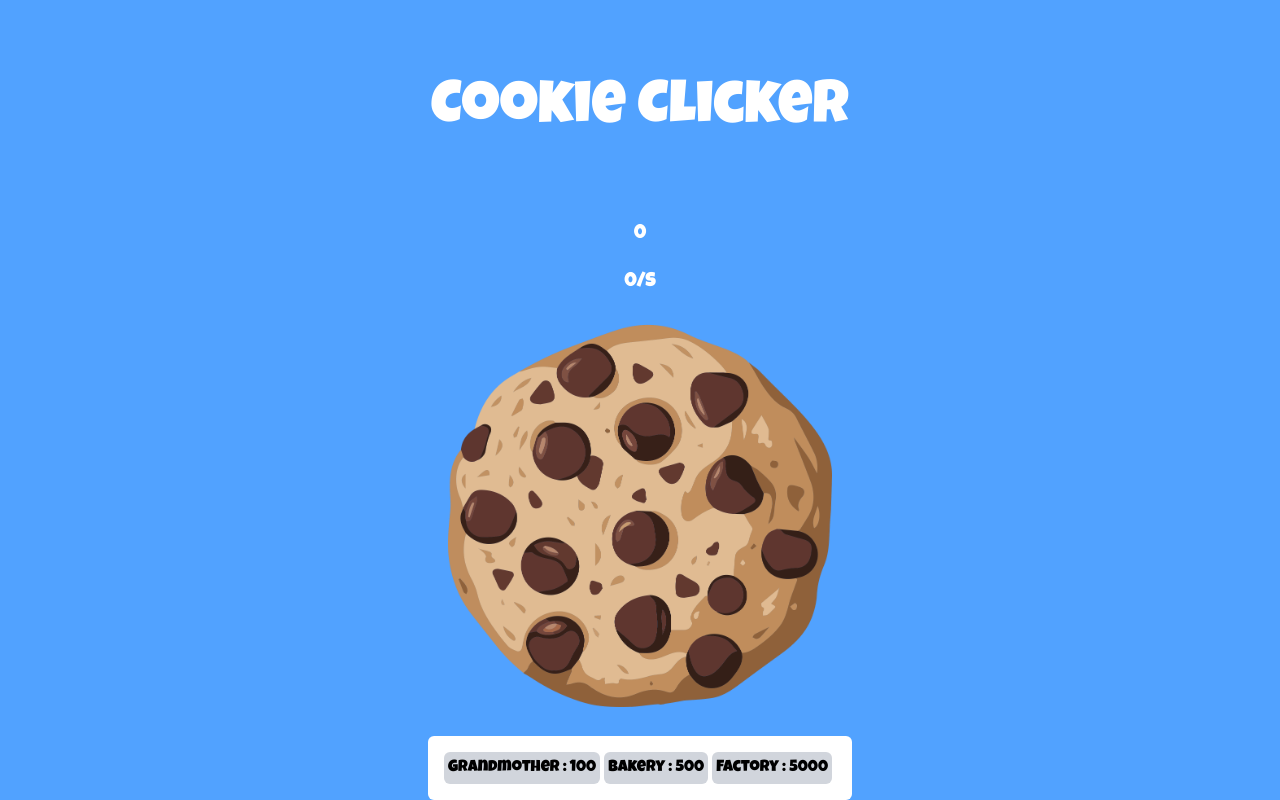
Repository: Cozmoss/cookie_clicker
Page: /
These files come from the project's save history. The page is drawn as it stood at one moment and after the next save; the edit follows.
The browser window is 1280 px wide. The pictures show the whole page.
The project was rebuilt for these pictures with package versions that can differ from the ones it lists, and the page was loaded fresh each time. Also part of the build but not shown: vite.config.js, src/App.css.

Above is the page before, as saved 2026-04-24 15:46:24.

### index.html
<!doctype html>
<html lang="en">
	<head>
		<meta charset="UTF-8" />
		<link rel="icon" type="image/svg+xml" href="/favicon.svg" />
		<meta name="viewport" content="width=device-width, initial-scale=1.0" />
		<link href="https://fonts.googleapis.com/css2?family=Luckiest+Guy&display=swap" rel="stylesheet" />
		<title>Cookie Clicker</title>
	</head>
	<body>
		<div id="root"></div>
		<script type="module" src="/src/main.jsx"></script>
	</body>
</html>

### src/index.css
@import "tailwindcss";

:root {
	font-family: "Luckiest Guy";
	background-color: oklch(70.7% 0.165 254.624);
}

### src/App.jsx
import "./App.css";
import Header from "./components/Header";
import CookieCount from "./components/CookieCount";
import CookiePerSecond from "./components/CookiePerSecond";
import Cookie from "./components/Cookie";
import Shop from "./components/Shop";
import { GameProvider } from "./context/GameContext";

function App() {
	return (
		<GameProvider>
			<Header />
			<main className="grid justify-items-center gap-5">
				<CookieCount />
				<CookiePerSecond />
				<Cookie />
				<Shop />
			</main>
		</GameProvider>
	);
}

export default App;

### src/components/Header.jsx
function Header() {
	return <header className="text-6xl text-white text-center my-20">Cookie Clicker</header>;
}

export default Header;

### src/components/CookieCount.jsx
import { useGame } from "../context/GameContext";

function CookieCount() {
    const { state } = useGame();

	return <div className="text-white text-xl">{state.count}</div>;
}

export default CookieCount;

### src/components/CookiePerSecond.jsx
import { useGame } from "../context/GameContext";

function CookiePerSecond() {
    const { state } = useGame();
	return <div className="text-white text-xl">{state.cookiePerSecond}/s</div>;
}

export default CookiePerSecond;

### src/components/Cookie.jsx
import cookie from "../assets/cookie.png";
import { useGame } from "../context/GameContext";
import { useState } from "react";

function Cookie() {
    const { dispatch } = useGame();
    const [isCliked, setIsCliked] = useState(false);

    function handleClick() {
        dispatch({type: "CLICK_COOKIE"});
        setIsCliked(true);
        setTimeout(() => setIsCliked(false), 75);
    }
	return (
		<div>
			<button className="cursor-pointer" onClick={handleClick}>
				<img src={cookie} alt="Cookie" className={`w-96 transition-transform duration-75 ${isCliked ? "scale-90" : "scale-100"}`} />
			</button>
		</div>
	);
}

export default Cookie;

### src/components/Shop.jsx
import { useGame } from "../context/GameContext";

function Shop() {
    const { state, dispatch } = useGame();
	return (
		<div className="bg-white p-4 rounded-md">
            {state.upgrades.map((upgrade) => (
                <button key={upgrade.id} onClick={() => dispatch({type: "BUY_UPGRADE", payload: { cost: upgrade.cost, cps: upgrade.cps }})} disabled={state.count < upgrade.cost} className="bg-gray-300 rounded-md cursor-pointer align-middle px-1 py-1 mr-1">{upgrade.name} : {upgrade.cost}</button>
            ))}
		</div>
	);
}

export default Shop;

### src/context/GameContext.jsx
import { createContext, useContext, useEffect, useReducer } from "react";

const GameContext = createContext()

const initialState = {
    count: 0,
    cookiePerSecond: 0,
    upgrades: [
        {id: 1, name: "Grandmother", cost: 100, cps: 1},
        {id: 2, name: "Bakery", cost: 500, cps: 10},
        {id: 3, name: "Factory", cost: 5000, cps: 100},
    ],
}

function GameReducer(state, action) {
    switch (action.type) {
        case "CLICK_COOKIE":
            return {...state, count: state.count + 1};
        case "BUY_UPGRADE":
            return {...state, count: state.count - action.payload.cost, cookiePerSecond: state.cookiePerSecond + action.payload.cps};
        case "TICK":
            return {...state, count: state.count + state.cookiePerSecond};
        default:
            return state;
    }
}

export function GameProvider({children}) {
    const [state, dispatch] = useReducer(GameReducer, initialState);

    useEffect(() => {
        const interval = setInterval(() => dispatch({type: "TICK"}), 1000);
        return () => clearInterval(interval);
    }, []);

    return (<GameContext.Provider value={{state, dispatch}}>
        {children}
    </GameContext.Provider>);
}

export const useGame = () => useContext(GameContext);

Loaded but not shown: src/main.jsx (common file)

After the next save:
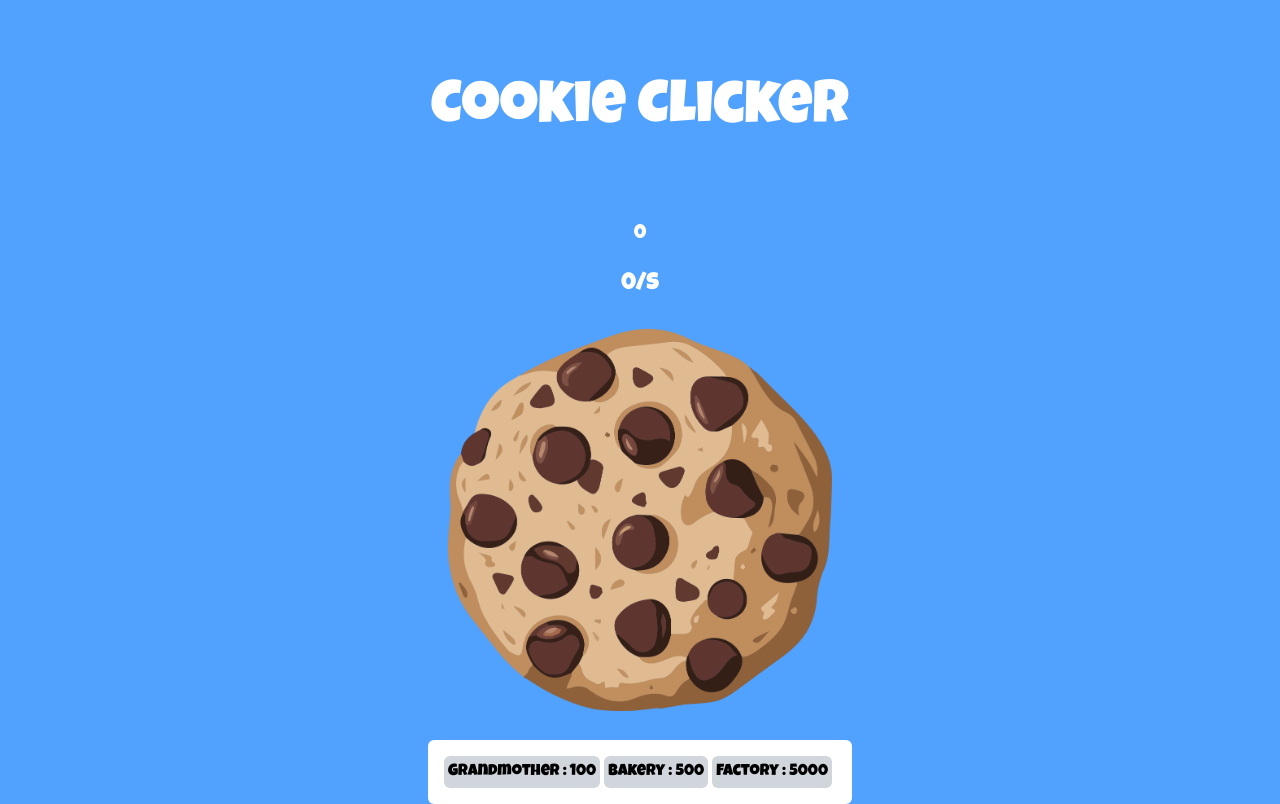
Saved 3 min 40 s later.
--- a/src/components/CookiePerSecond.jsx
+++ b/src/components/CookiePerSecond.jsx
@@ -2,7 +2,7 @@
 
 function CookiePerSecond() {
     const { state } = useGame();
-	return <div className="text-white text-xl">{state.cookiePerSecond}/s</div>;
+	return <div className="text-white text-2xl">{state.cookiePerSecond}/s</div>;
 }
 
 export default CookiePerSecond;

After the save that followed:
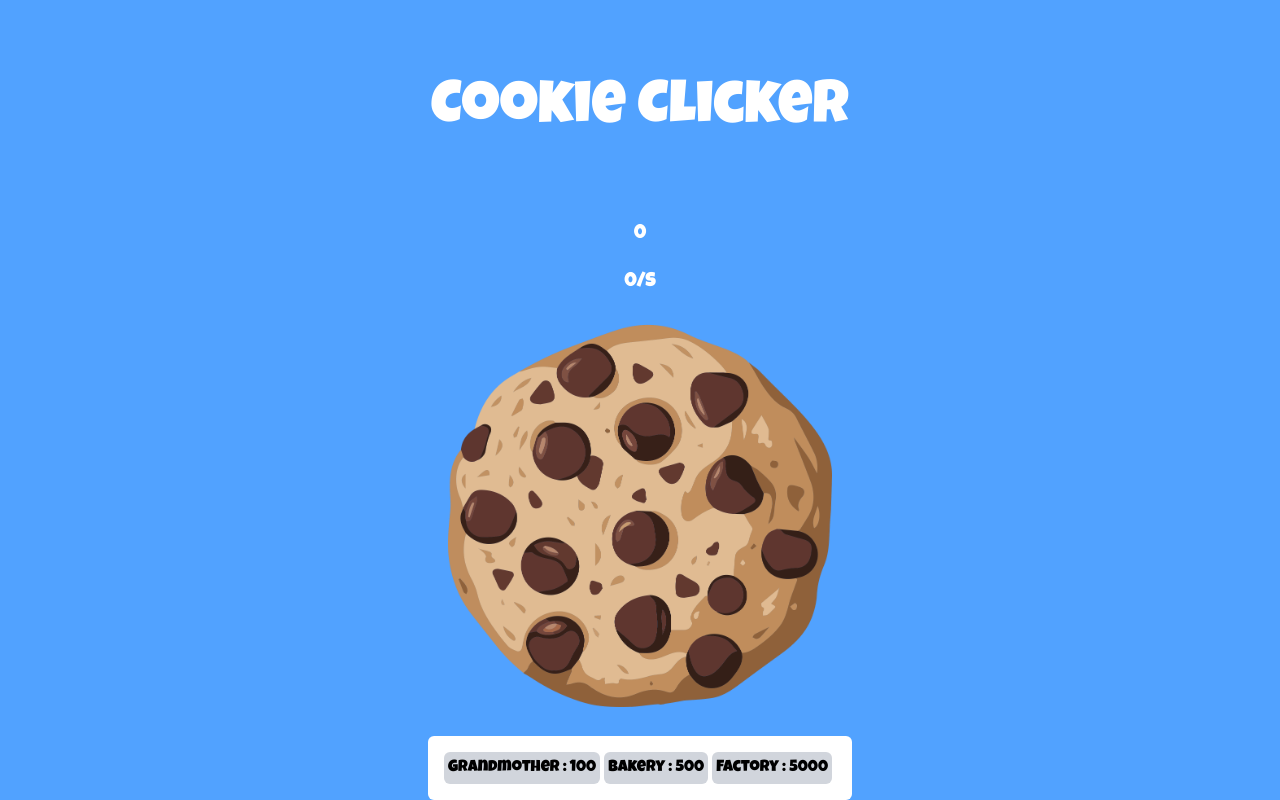
Saved 5 s later.
--- a/src/components/CookiePerSecond.jsx
+++ b/src/components/CookiePerSecond.jsx
@@ -2,7 +2,7 @@
 
 function CookiePerSecond() {
     const { state } = useGame();
-	return <div className="text-white text-2xl">{state.cookiePerSecond}/s</div>;
+	return <div className="text-white text-xl">{state.cookiePerSecond}/s</div>;
 }
 
 export default CookiePerSecond;
